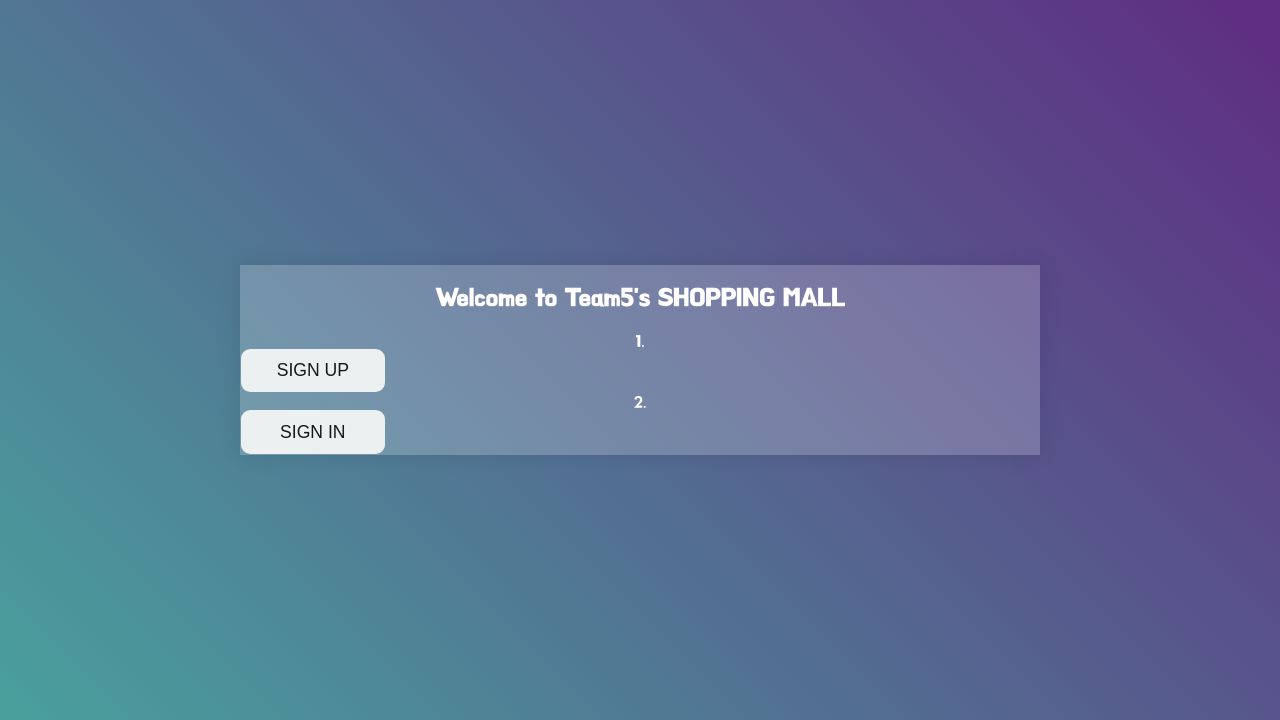
Repository: MIR013/KNU_DB_Project_Team5
Page: http://localhost/Databaase/main.html
The author's editor kept a copy of each file at every save. The page is drawn from the files as they stood at one save, then again after the next save.
The browser window is 1280 px wide. The pictures show the whole page.
The page is served by Tomcat 9. Nobody is signed in. The application's start-up code is not run.

Above is the page before, as saved 2018-11-22 07:12:01.

### dbphase/Databaase/WebContent/main.html
<!DOCTYPE html>
<html>
<head>
<meta charset="UTF-8">
<link rel='stylesheet' type='text/css' href='mystyle.css'>
<title>Team 5's Shoppping Mall</title>
</head>
<body>

	<form>
	<div class="container">
		<table>
			<tr>
				<th><h2> Welcome to Team5's SHOPPING MALL </h2></th>
			</tr>
			<tr>
				<td> 1. <input type="button" value="SIGN UP" onclick="location.href='Sign_up.html'"/> </td>
			</tr>
			<tr>
				<td> 2. <input type="button" value="SIGN IN" onclick="location.href='Sign_in.html'"/> </td>
			</tr>

		</table>
	</div>
	</form>

</body>
</html>

### dbphase/Databaase/WebContent/mystyle.css


@font-face{
	font-family:"hanna";
	src:url("hanna.ttf")format("truetype");
}




input, button {
    display: block;
    width: 18%;
    text-align: center;
    font-size: 1.1em;
    padding: 1ex;
    border: 2px solid #ECF0F1;
    transition: border ease 500ms;
    border-radius: 1ex;
    background: #ECF0F1;
    color: #181818;

    &:focus {
      outline: none;
      border: 2px solid #3498DB;
    }

    &:not(:last-child) {
      margin-bottom: 1ex;
    }
  }
button {
   color: white;
   border: 2px solid #3498DB;
   background: #3498DB;
}

html,
body {
	height: 100%;
}


body {
	margin: 0;
	background: linear-gradient(45deg, #49a09d, #5f2c82);
	font-family: hanna;
	font-weight: 100;
}

.container {
	position: absolute;
	top: 50%;
	left: 50%;
	transform: translate(-50%, -50%);
}

table {
	width: 800px;
	border-collapse: collapse;
	overflow: hidden;
	box-shadow: 0 0 20px rgba(0,0,0,0.1);
}

th,
td {
	white-space:nowrap;
	text-align: center;
	padding: 1px;
	background-color: rgba(255,255,255,0.2);
	color: #fff;
}

th {
	text-align: center;
}

thead {
	th {
		background-color: #55608f;
	}
}

tbody {
	tr {
		&:hover {
			background-color: rgba(255,255,255,0.3);
		}
	}
	td {
		position: relative;
		&:hover {
			&:before {
				content: "";
				position: absolute;
				left: 0;
				right: 0;
				top: -9999px;
				bottom: -9999px;
				background-color: rgba(255,255,255,0.2);
				z-index: -1;
			}
		}
	}
}

After the next save:
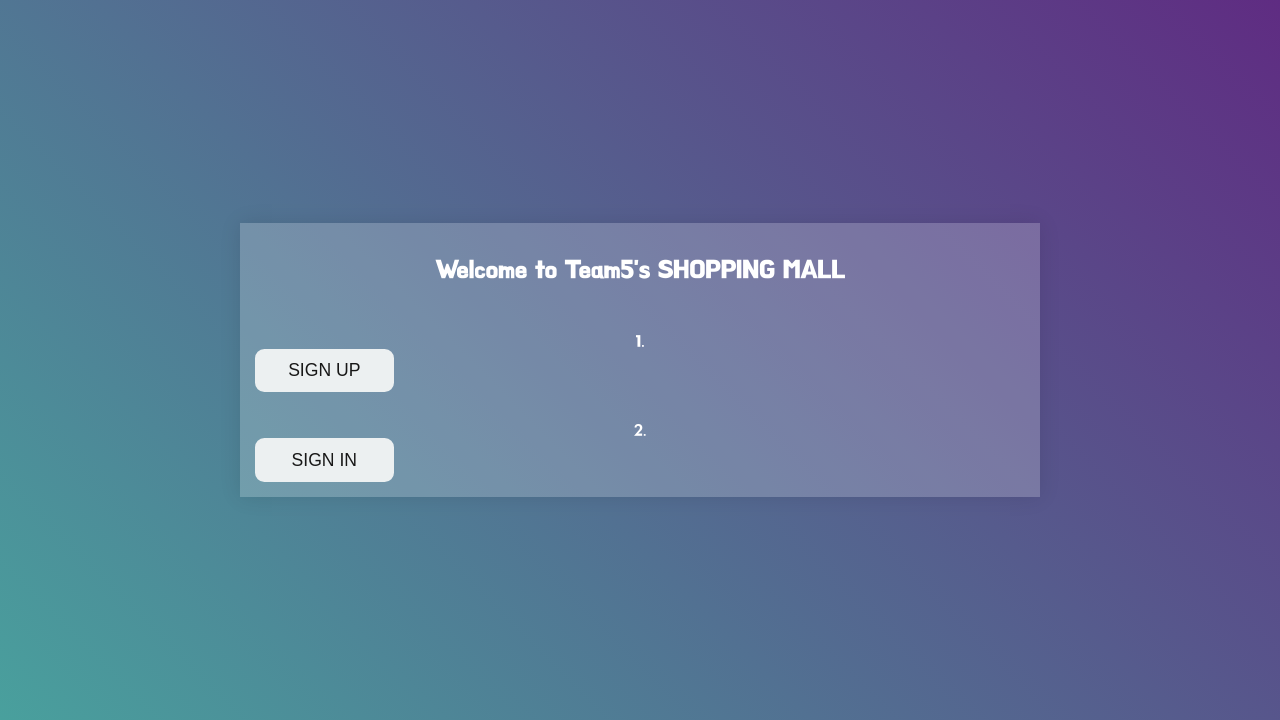
Saved 6 s later.
--- a/dbphase/Databaase/WebContent/mystyle.css
+++ b/dbphase/Databaase/WebContent/mystyle.css
@@ -66,7 +66,7 @@ th,
 td {
 	white-space:nowrap;
 	text-align: center;
-	padding: 1px;
+	padding: 15px;
 	background-color: rgba(255,255,255,0.2);
 	color: #fff;
 }
